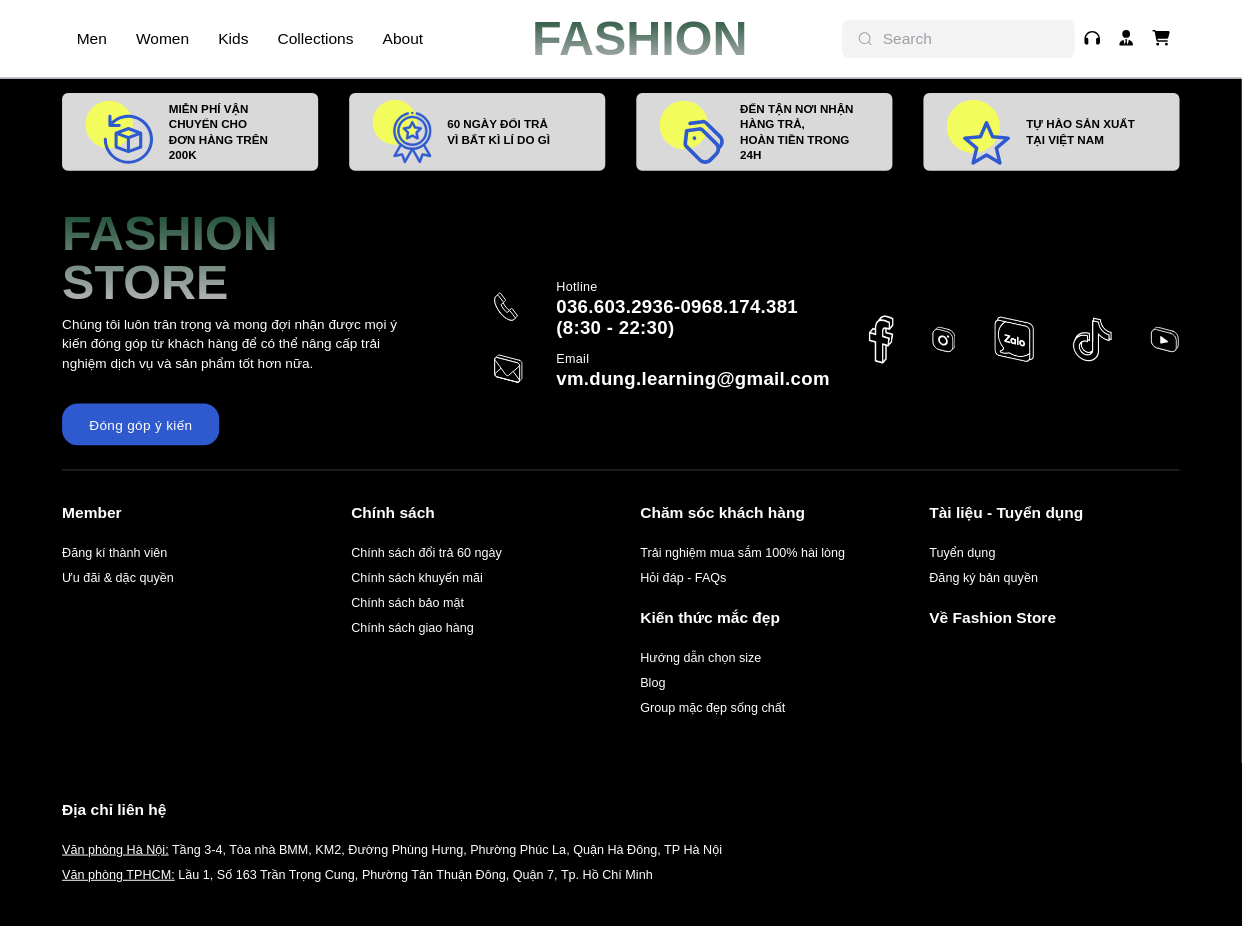
Repository: VuSnow/Software_Engineering
Page: /CartPayment
These files come from the project's save history. The page is drawn as it stood at one moment and after the next save; the edit follows.
The browser window is 1280 px wide. The pictures show the whole page, at 97% of full size.
The project was rebuilt for these pictures with package versions that can differ from the ones it lists, and the page was loaded fresh each time. The framework's server and built-in components were replaced by stand-ins that run in the browser. Also part of the build but not shown: next.config.js, src/components/cart/CartItem/CartItem.tsx, src/components/cart/Cart.tsx, src/app/Login/page.tsx, src/app/register/page.tsx, src/app/forgorPassword/page.tsx.

Above is the page before, as saved 2023-06-26 16:29:42.

### src/app/layout.tsx
"use client";
import Header from "@/components/header/Header";
import "./globals.css";
import { Inter } from "next/font/google";
import Footer from "@/components/footer/Footer";

const inter = Inter({ subsets: ["latin"] });

export const metadata = {
  title: "Create Next App",
  description: "Generated by create next app",
};
export default function RootLayout({
  children,
}: {
  children: React.ReactNode;
}) {
  return (
    <html lang="en">
      <body>
        <Header />
        {children}
        <Footer />
      </body>
    </html>
  );
}

### src/app/CartPayment/page.tsx
import React from "react";

const CartPayment = () => {
  return <div>CartPayment</div>;
};

export default CartPayment;

### src/components/header/Header.tsx
import React, { useState, useEffect, useContext } from "react";
import { FontAwesomeIcon } from "@fortawesome/react-fontawesome";
import {
  faBars,
  faHeadphones,
  faUserTie,
  faCartShopping,
  faXmark,
  faPlus,
  faMinus,
} from "@fortawesome/free-solid-svg-icons";
import Cart from "../cart/Cart";
import Login from "@/app/Login/page";
import Register from "@/app/register/page";
import ForgotPassword from "@/app/forgorPassword/page";
const Header = () => {
  const [showLoginModal, setShowLoginModal] = useState<Boolean>(false);
  const [showRegisterModal, setShowRegisterModal] = useState<Boolean>(false);
  const [showForgotPassword, setShowForgotPassword] = useState<Boolean>(false);
  const [classNav, setClassNav] = useState<String>(
    "opacity-0 invisible -left-full"
  );
  const [showCart, setShowCart] = useState(false);
  const showNav = () => {
    setClassNav("opacity-1 visible left-0");
  };
  const closeNav = () => {
    setClassNav("opacity-0 invisible -left-full");
  };
  return (
    <>
      {showLoginModal ? (
        <Login
          setShowLoginModal={setShowLoginModal}
          setShowRegisterModal={setShowRegisterModal}
          setShowForgotPassword={setShowForgotPassword}
        />
      ) : null}
      {showRegisterModal ? (
        <Register
          setShowRegisterModal={setShowRegisterModal}
          setShowLoginModal={setShowLoginModal}
        />
      ) : null}
      {showForgotPassword ? (
        <ForgotPassword setShowForgotPassword={setShowForgotPassword} />
      ) : null}
      <header className="text-black mb-4 fixed block top-0 left-0 right-0 bg-white w-full border-b border-gray-500 z-[99] px-[5%]">
        <div className="flex tablet: justify-between h-20 items-center mr-auto ml-auto max-w-full">
          <nav className="main-menu">
            <div className="mobile-menu cursor-pointer max-tablet:block hidden">
              <FontAwesomeIcon icon={faBars} size="2xl" onClick={showNav} />
            </div>
            <ul className="menu max-tablet:hidden flex">
              <li className="p-[15px] cursor-pointer">Men</li>
              <li className="p-[15px] cursor-pointer">Women</li>
              <li className="p-[15px] cursor-pointer">Kids</li>
              <li className="p-[15px] cursor-pointer">Collections</li>
              <li className="p-[15px] cursor-pointer">About</li>
            </ul>
            <div
              className={`sub-mobile-menu fixed top-0 right-0 bottom-[45px] bg-white z-[1000] pt-16 pr-4 pb-0 pl-4 ${classNav} overflow-y-auto`}
            >
              <div className="box-action bg-[#343a40] flex items-center justify-center rounded-tl-xl h-12 rounded-br-xl mb-[30px]">
                <a
                  href="#"
                  className="action-login text-white text-center text-[18px]"
                >
                  Đăng nhập
                </a>
              </div>
              <ul className="menu-mb">
                <li className="mb-[30px] pr-2 flex justify-between">
                  <a href="#">Men </a>
                  <span className="arrow">
                    <FontAwesomeIcon icon={faPlus} />
                    <FontAwesomeIcon icon={faMinus} className="hidden" />
                  </span>
                </li>
                <li className="mb-[30px] pr-2 flex justify-between">
                  <a href="#">Women </a>
                  <span className="arrow">
                    <FontAwesomeIcon icon={faPlus} />
                    <FontAwesomeIcon icon={faMinus} className="hidden" />
                  </span>
                </li>
                <li className="mb-[30px] pr-2 flex justify-between">
                  <a href="#">Kids </a>
                  <span className="arrow">
                    <FontAwesomeIcon icon={faPlus} />
                    <FontAwesomeIcon icon={faMinus} className="hidden" />
                  </span>
                </li>
                <li className="mb-[30px] pr-2 flex justify-between">
                  <a href="#">Collections </a>
                  <span className="arrow">
                    <FontAwesomeIcon icon={faPlus} />
                    <FontAwesomeIcon icon={faMinus} className="hidden" />
                  </span>
                </li>
                <li className="mb-[30px] pr-2 flex justify-between">
                  <a href="#">About </a>
                  <span className="arrow">
                    <FontAwesomeIcon icon={faPlus} />
                    <FontAwesomeIcon icon={faMinus} className="hidden" />
                  </span>
                </li>
              </ul>
              <div className="close-menu absolute top-[25px] left-[25px] text-[24px] text-black">
                <FontAwesomeIcon icon={faXmark} onClick={closeNav} />
              </div>
            </div>
          </nav>
          <div className="logo-brand">
            <a
              href="/"
              className="font-bold font-kumbhsan"
              style={{
                fontSize: "50px",
                background: "linear-gradient(to bottom, #194c33, #bbb)",
                WebkitBackgroundClip: "text",
                WebkitTextFillColor: "transparent",
                textTransform: "uppercase",
              }}
            >
              Fashion
            </a>
          </div>
          <div className="right-header flex">
            <form
              action="search"
              name="form-search"
              className="flex leading-7 items-center relative max-w-[240px] max-mobile:hidden"
            >
              <svg
                className="icon absolute left-4 fill-[#9e9ea7] w-4 h-4"
                aria-hidden="true"
                viewBox="0 0 24 24"
              >
                <g>
                  <path d="M21.53 20.47l-3.66-3.66C19.195 15.24 20 13.214 20 11c0-4.97-4.03-9-9-9s-9 4.03-9 9 4.03 9 9 9c2.215 0 4.24-.804 5.808-2.13l3.66 3.66c.147.146.34.22.53.22s.385-.073.53-.22c.295-.293.295-.767.002-1.06zM3.5 11c0-4.135 3.365-7.5 7.5-7.5s7.5 3.365 7.5 7.5-3.365 7.5-7.5 7.5-7.5-3.365-7.5-7.5z"></path>
                </g>
              </svg>
              <input
                type="text"
                placeholder="Search"
                className=" w-full h-[40px] leading-7 p-0 pl-10 pr-4 border-2 border-solid border-transparent rounded-lg outline-none bg-[#f3f3f4] text-[#0d0c22] transition-all placeholder:text-[#9e9ea7] focus:outline-none focus:border-[rgba(234,76,137,0.4)] focus:bg-white focus:shadow-md"
              />
            </form>
            <div className="header-action flex">
              <div className="item wallet m-[10px] max-mobile:hidden cursor-pointer">
                <FontAwesomeIcon icon={faHeadphones} />
              </div>
              <div
                className="item person m-[10px] cursor-pointer"
                onClick={() => setShowLoginModal(!showLoginModal)}
              >
                <FontAwesomeIcon icon={faUserTie} />
              </div>
              <div
                className="item cart m-[10px] cursor-pointer"
                onClick={() => setShowCart(true)}
              >
                <FontAwesomeIcon icon={faCartShopping} />
              </div>
            </div>
          </div>
        </div>
      </header>
      {showCart && <Cart setShowCart={setShowCart} />}
    </>
  );
};

export default Header;

### src/app/globals.css
@tailwind base;
@tailwind components;
@tailwind utilities;

:root {
  --foreground-rgb: 0, 0, 0;
  --background-start-rgb: 214, 219, 220;
  --background-end-rgb: 255, 255, 255;
}

@media (prefers-color-scheme: dark) {
  :root {
    --foreground-rgb: 255, 255, 255;
    --background-start-rgb: 0, 0, 0;
    --background-end-rgb: 0, 0, 0;
  }
}
body {
  display: flex;
  flex-direction: column;
  justify-content: space-between;
  font-family: "Kumbh Sans", sans-serif;
}

### src/components/footer/Footer.tsx
import React from "react";
import logo from "./logo.png";
import Image from "next/image";
import Link from "next/link";
import dmca from "./dmca.png";
import congthuong from "./img-congthuong.png";
import hotlineIcon from "./icon-hotline.svg";
import emailIcon from "./icon-email.svg";
import facebookIcon from "./facebook.webp";
import zaloIcon from "./zalo.webp";
import instaIcon from "./icon-instar.svg";
import youtubeIcon from "./icon-youtube.svg";
import tiktokIcon from "./tiktok.webp";
import HomepageService from "../HomepageService/HomepageService";

const Footer = () => {
  return (
    <footer className="text-white flex justify-center items-center bg-black px-[5%] leading-[160%] mt-8">
      <div className="container-footer w-full">
        <HomepageService />
        <div className="footer-top text-sm">
          <div className="top-sidebar flex justify-between items-center gap-[8%] mb-8 w-full border-b border-[#d9d9d942] desktop:flex-col desktop:items-start">
            <div className="flex-[1]">
              <h4
                className=" font-semibold text-[22px] mb-2 text-[#fff] leading-[100%]"
                style={{
                  fontSize: "50px",
                  background: "linear-gradient(to bottom, #194c33, #bbb)",
                  WebkitBackgroundClip: "text",
                  WebkitTextFillColor: "transparent",
                  textTransform: "uppercase",
                }}
              >
                Fashion Store
              </h4>
              <p className="description font-normal text-left mb-8">
                Chúng tôi luôn trân trọng và mong đợi nhận được mọi ý kiến đóng
                góp từ khách hàng để có thể nâng cấp trải nghiệm dịch vụ và sản
                phẩm tốt hơn nữa.
              </p>
              <Link
                href="#"
                target="_blank"
                className="support-btn inline-flex justify-center items-center h-[43px] bg-[#2f5acf] rounded-2xl py-0 px-7 font-medium tracking-wide mb-[25px] border-0"
              >
                Đóng góp ý kiến
              </Link>
            </div>
            <div className=" flex justify-between w-full flex-[2] items-center max-tablet:flex-col max-tablet:items-start max-tablet:gap-6 max-tablet:mb-8 gap-10">
              <div className="flex-[1]">
                <div className="hotline flex gap-8 items-center w-fit font-medium text-[13px] leading-[160%] tracking-wide mb-3 justify-start">
                  <div className="icon h-8 w-8">
                    <Image src={hotlineIcon} alt="Hotline Icon" />
                  </div>
                  <div className="content">
                    <span>Hotline</span>
                    <p className="description block text-[1.2rem] font-semibold">
                      <Link href="tel: 0366032936">036.603.2936</Link>-
                      <Link href="tel: 0968174381">0968.174.381</Link>
                      <br />
                      <span>(8:30 - 22:30)</span>
                    </p>
                  </div>
                </div>
                <div className="email flex gap-8 items-center font-medium text-[13px] leading-[160%] tracking-wide mb-3 justify-start">
                  <div className="icon h-8 w-8">
                    <Image src={emailIcon} alt="Email Icon" />
                  </div>
                  <div className="content ">
                    <span>Email</span>
                    <p className=" text-[1.2rem] font-semibold">
                      <Link href="mailto: vm.dung.learning@gmail.com">
                        vm.dung.learning@gmail.com
                      </Link>
                    </p>
                  </div>
                </div>
              </div>
              <div className="social mt-0 h-[130px] flex justify-end items-center flex-[1] gap-10">
                <Link
                  href="https://www.facebook.com/dung.vuminh.315080/"
                  className="flex justify-center items-center"
                  target="_blank"
                >
                  <Image
                    src={facebookIcon}
                    alt=""
                    className=" max-h-[100px] w-full min-h-[50px]"
                  />
                </Link>
                <Link
                  href="https://www.instagram.com/v.m.dung.36/"
                  className="flex justify-center items-center"
                  target="_blank"
                >
                  <Image
                    src={instaIcon}
                    alt=""
                    className=" max-h-[100px] w-full min-h-[50px]"
                  />
                </Link>
                <Link
                  href="https://zalo.me/0366032936"
                  className="flex justify-center items-center"
                  target="_blank"
                >
                  <Image
                    src={zaloIcon}
                    alt=""
                    className=" max-h-[100px] w-full min-h-[50px]"
                  />
                </Link>
                <Link
                  href="https://www.instagram.com/v.m.dung.36/"
                  className="flex justify-center items-center"
                  target="_blank"
                >
                  <Image
                    src={tiktokIcon}
                    alt=""
                    className=" max-h-[100px] w-full min-h-[50px]"
                  />
                </Link>
                <Link
                  href="https://www.instagram.com/v.m.dung.36/"
                  className="flex justify-center items-center"
                  target="_blank"
                >
                  <Image
                    src={youtubeIcon}
                    alt=""
                    className=" max-h-[100px] w-full min-h-[50px]"
                  />
                </Link>
              </div>
            </div>
          </div>
          <div className="top-menu"></div>
        </div>
        <div className="footer-bottom">
          <div className="footer-menu flex justify-between flex-wrap gap-10">
            <div className="footer-item flex-[1] text-[13px] leading-[200%] text-[d9d9d9] min-w-[200px] mb-10">
              <h4 className="text-[#fff] font-semibold mb-4 mt-0 text-base">
                Member
              </h4>
              <ul>
                <li>Đăng kí thành viên</li>
                <li>Ưu đãi & dặc quyền</li>
              </ul>
            </div>
            <div className="footer-item flex-[1] text-[13px] leading-[200%] text-[d9d9d9] min-w-[200px] mb-10">
              <h4 className="text-[#fff] font-semibold mb-4 mt-0 text-base">
                Chính sách
              </h4>
              <ul>
                <li>Chính sách đổi trả 60 ngày</li>
                <li>Chính sách khuyến mãi</li>
                <li>Chính sách bảo mật</li>
                <li>Chính sách giao hàng</li>
              </ul>
            </div>
            <div className="footer-item flex-[1] text-[13px] leading-[200%] text-[d9d9d9] min-w-[200px] mb-10">
              <h4 className="text-[#fff] font-semibold mb-4 mt-0 text-base">
                Chăm sóc khách hàng
              </h4>
              <ul>
                <li>Trải nghiệm mua sắm 100% hài lòng</li>
                <li>Hỏi đáp - FAQs</li>
              </ul>
              <h4 className="text-[#fff] font-semibold mb-4 text-base mt-4">
                Kiến thức mắc đẹp
              </h4>
              <ul>
                <li>Hướng dẫn chọn size</li>
                <li>Blog</li>
                <li>Group mặc đẹp sống chất</li>
              </ul>
            </div>
            <div className="footer-item flex-[1] text-[13px] leading-[200%] text-[d9d9d9] min-w-[200px] mb-10">
              <h4 className="text-[#fff] font-semibold mb-4 mt-0 text-base">
                Tài liệu - Tuyển dụng
              </h4>
              <ul>
                <li>Tuyển dụng</li>
                <li>Đăng ký bản quyền</li>
              </ul>
              <h4 className="text-[#fff] font-semibold mb-4 text-base mt-4">
                Về Fashion Store
              </h4>
            </div>
            <div className="footer-item flex-[1] text-[13px] leading-[200%] text-[d9d9d9] min-w-[200px] mb-10">
              <h4 className="text-[#fff] font-semibold mb-4 mt-0 text-base">
                Địa chỉ liên hệ
              </h4>
              <p>
                <u>Văn phòng Hà Nội:</u> Tầng 3-4, Tòa nhà BMM, KM2, Đường Phùng
                Hưng, Phường Phúc La, Quận Hà Đông, TP Hà Nội
              </p>
              <p>
                <u>Văn phòng TPHCM:</u> Lầu 1, Số 163 Trần Trọng Cung, Phường
                Tân Thuận Đông, Quận 7, Tp. Hồ Chí Minh
              </p>
            </div>
          </div>
        </div>
      </div>
    </footer>
  );
};

export default Footer;

Loaded but not shown: tailwind.config.js (39 lines, source omitted); src/components/HomepageService/HomepageService.tsx (143 lines, source omitted)

After the next save:
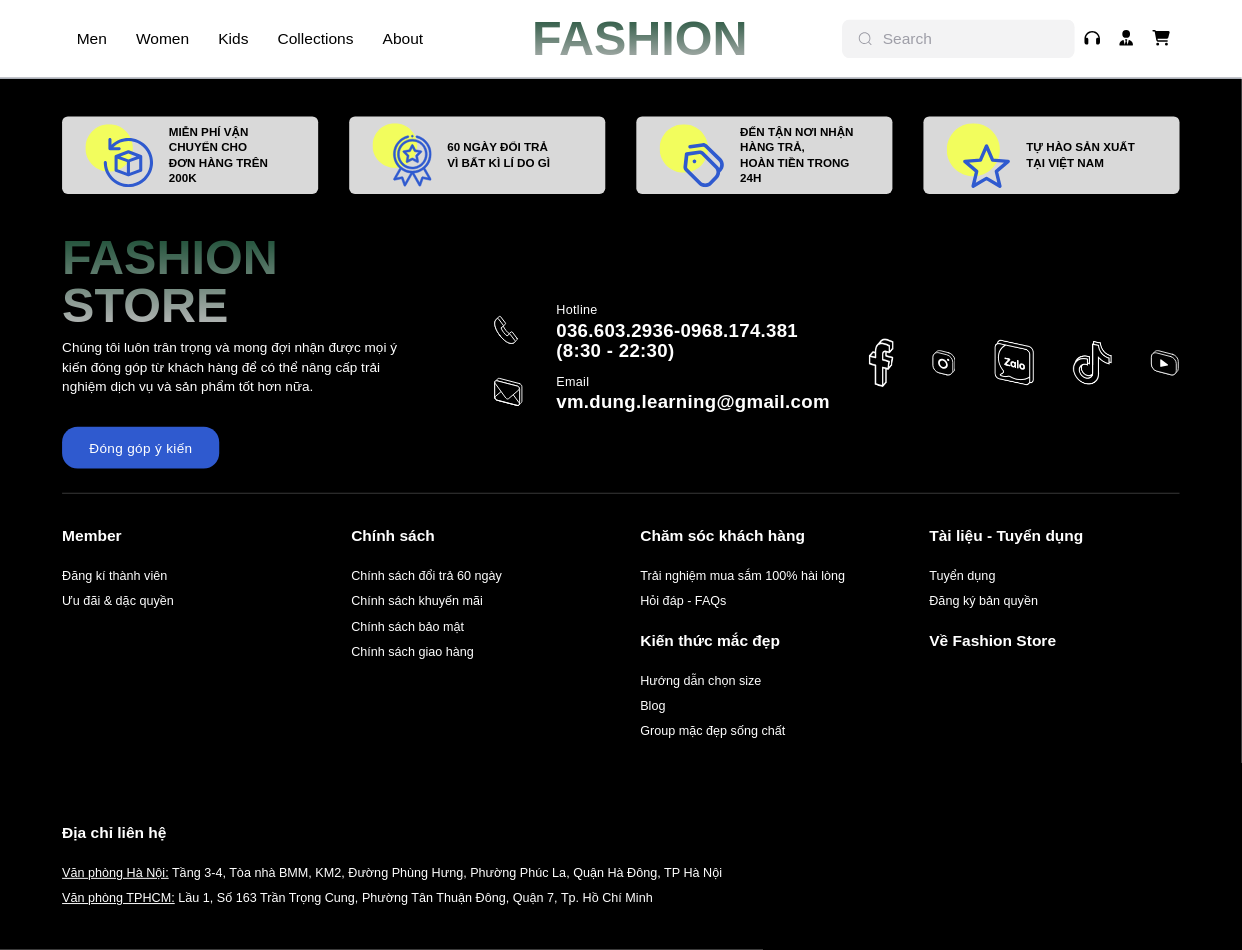
Saved 20 h 20 min later.
--- a/src/app/CartPayment/page.tsx
+++ b/src/app/CartPayment/page.tsx
@@ -1,7 +1,27 @@
 import React from "react";
 
 const CartPayment = () => {
-  return <div>CartPayment</div>;
+  return (
+    <section className="cartPayment">
+      <div className="cart-container">
+        <div className="contain">
+          <div className="cart-left-section">
+            <div className="deli-information">
+              <div className="cart-title">
+                <div className="title">Thông tin vận chuyển</div>
+                <div className="action">
+                  Bạn đã có tài khoản? <a href="/"></a>
+                </div>
+              </div>
+            </div>
+            <div className="payment-method"></div>
+            <div className="payment-button"></div>
+          </div>
+          <div className="cart-right-section"></div>
+        </div>
+      </div>
+    </section>
+  );
 };
 
 export default CartPayment;
